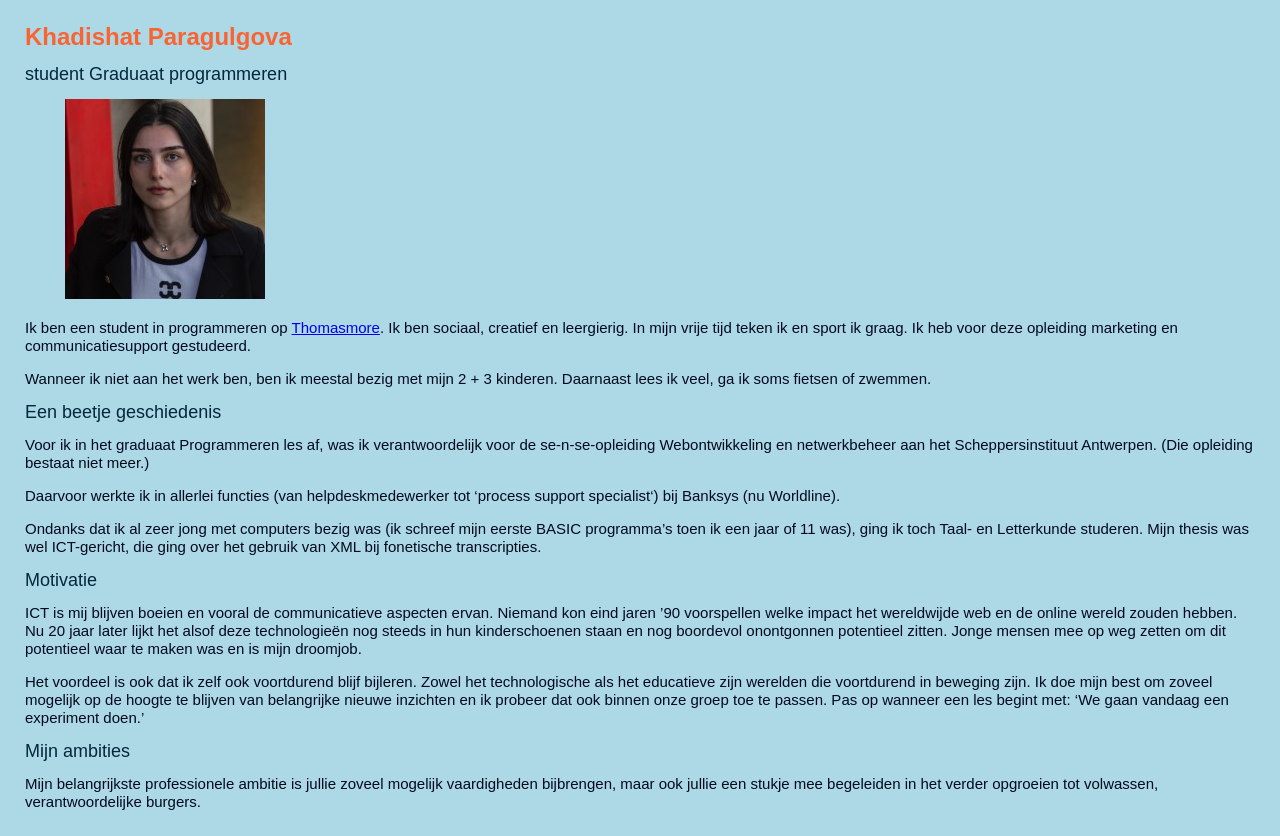
Repository: khadishat00/portfolio
Page: index.html
An editor plug-in stored every save of this project. The page is shown before and after the next save, followed by the edit.
The browser window is 1280 px wide. The pictures show the whole page.

Above is the page before, as saved 2026-09-24 14:48:05.

After the next save:
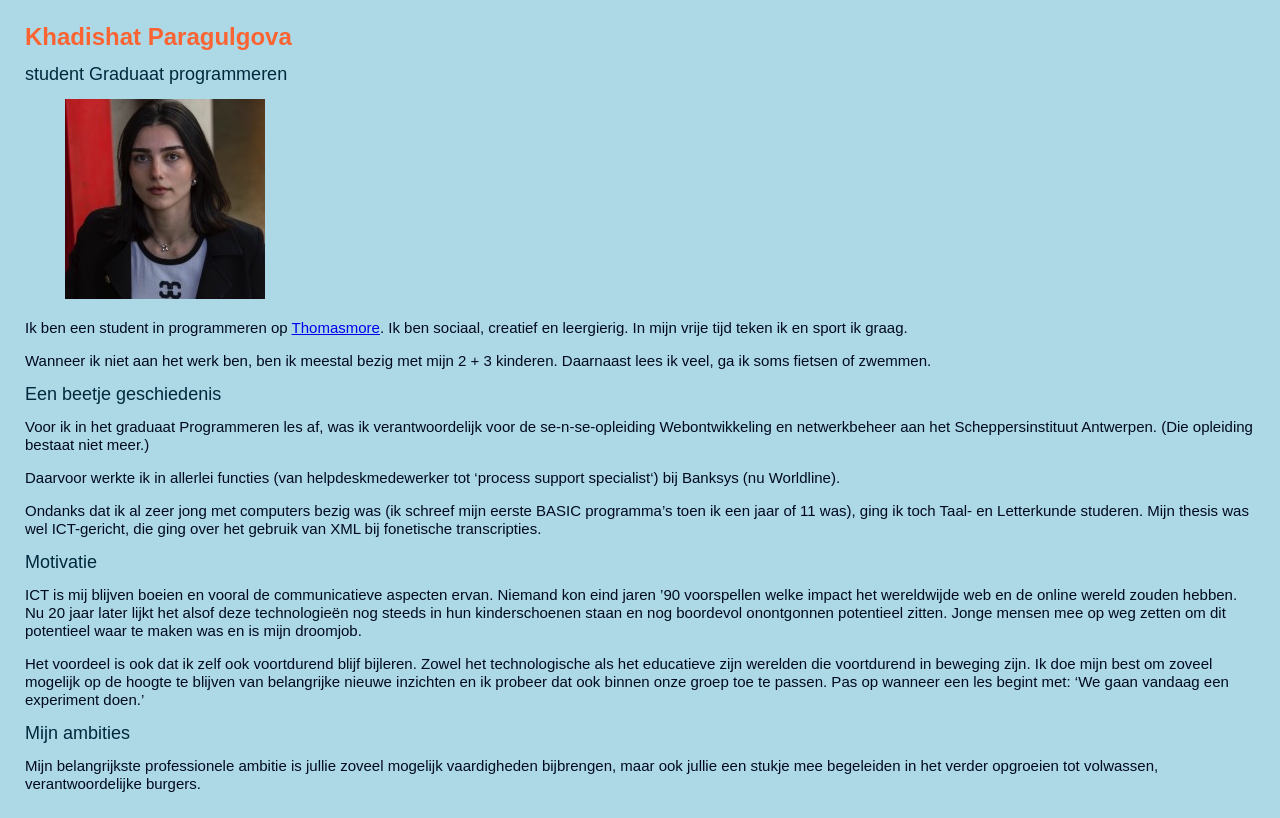
Saved 2 min 30 s later.
--- a/index.html
+++ b/index.html
@@ -61,7 +61,6 @@
         Ik ben een student in programmeren op
         <a href="https://thomasmore.be/nl">Thomasmore</a>. Ik ben sociaal,
         creatief en leergierig. In mijn vrije tijd teken ik en sport ik graag.
-        Ik heb voor deze opleiding marketing en communicatiesupport gestudeerd.
       </p>
       <p>
         Wanneer ik niet aan het werk ben, ben ik meestal bezig met mijn 2 + 3
